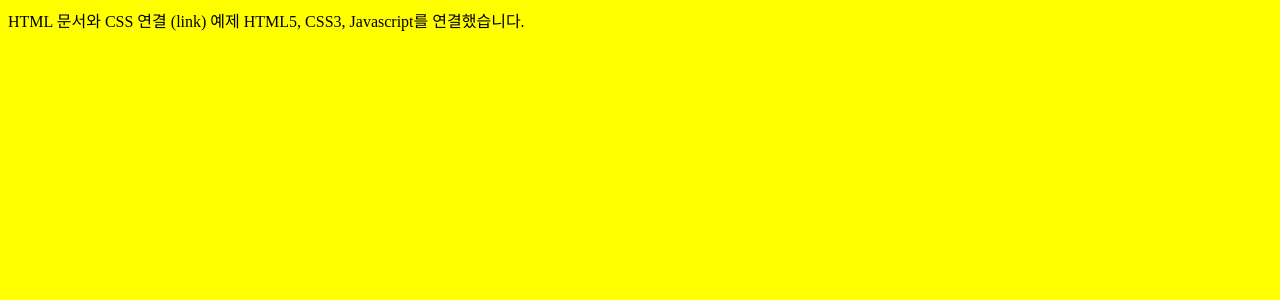
Repository: kmh9964/view
Page: workspace/studyhtml5/src/main/webapp/index.html
The author's editor kept a copy of each file at every save. The page is drawn from the files as they stood at one save, then again after the next save.
The browser window is 1280 px wide. The pictures show the whole page.

Above is the page before, as saved 2022-12-13 06:20:22.

### workspace/studyhtml5/src/main/webapp/index.html
<!doctype html>
<html lang="en">
<head>
	<meta charset="UTF-8" />
	<meta http-equiv="X-UA-Compatible" content="IE=Edge" />
	<meta name="viewport" content="width=device-width, initial-scale=1.0">
	<title>Document</title>
	<link rel="stylesheet" href="main.css">
	<script>
	function test(){
		 alert("서버 긴급 점검중입니다.");
	}
	test();//test 함수 호출
	</script>
</head>
<body>
	HTML 문서와 CSS 연결 (link) 예제 HTML5, CSS3,
	 Javascript를 연결했습니다.
</body>
</html>

### workspace/studyhtml5/src/main/webapp/main.css
@charset "UTF-8";
body {
	background: yellow;
}

After the next save:
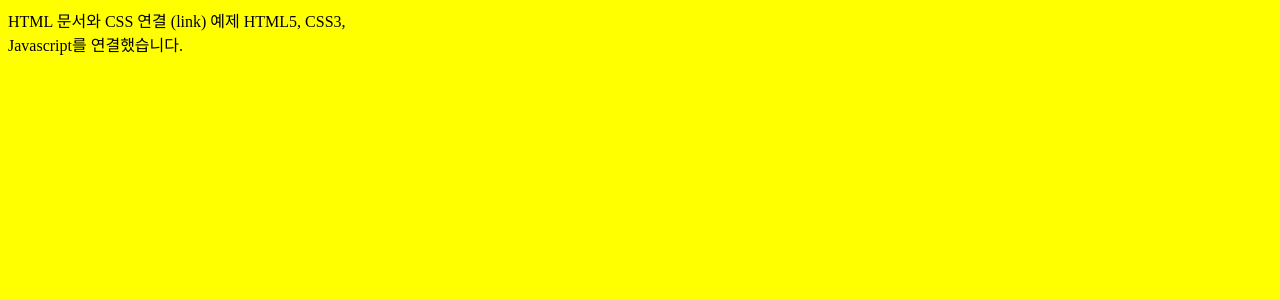
Saved 88 s later.
--- a/workspace/studyhtml5/src/main/webapp/index.html
+++ b/workspace/studyhtml5/src/main/webapp/index.html
@@ -15,6 +15,6 @@
 </head>
 <body>
 	HTML 문서와 CSS 연결 (link) 예제 HTML5, CSS3,
-	 Javascript를 연결했습니다.
+	 <br>Javascript를 연결했습니다.
 </body>
 </html>
